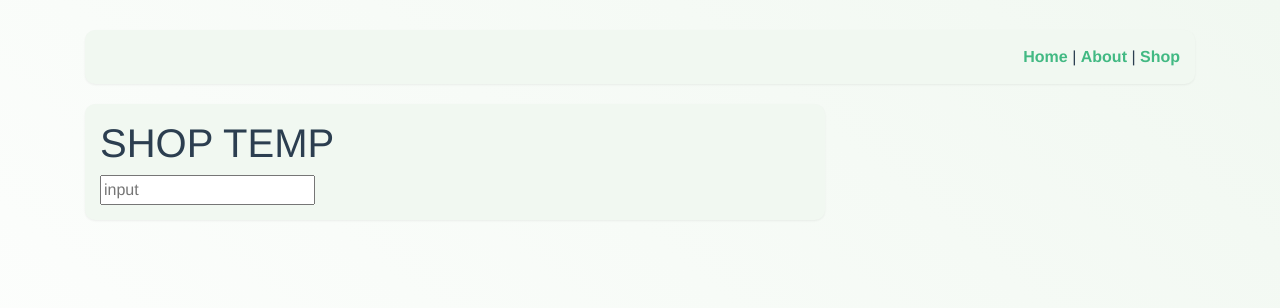
Repository: ramcd86/vuetest
Page: /#/shop
The author's editor kept a copy of each file at every save. The page is drawn from the files as they stood at one save, then again after the next save.
The browser window is 1280 px wide. The pictures show the whole page.
The project was rebuilt for these pictures with package versions that can differ from the ones it lists, and the page was loaded fresh each time. Requests to the local data server were answered from the project's data file. Also part of the build but not shown: src/components/HelloWorld.vue, src/views/Home.vue.

Above is the page before, as saved 2019-07-08 11:31:21.

After the next save:
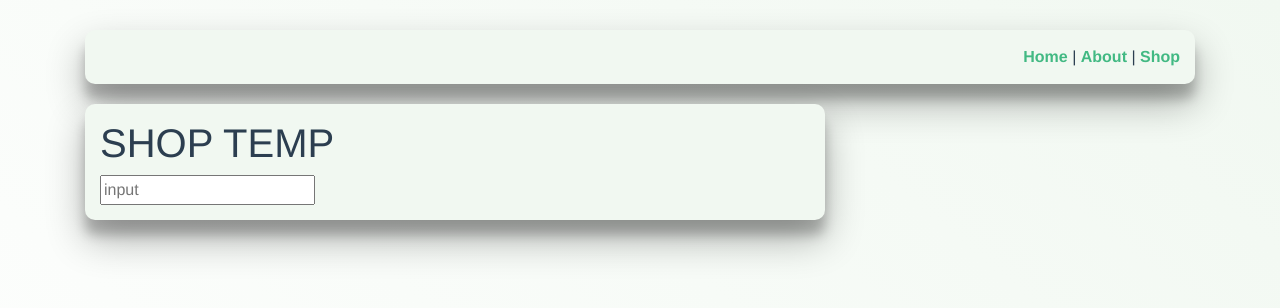
Saved 31 s later.
--- a/src/App.vue
+++ b/src/App.vue
@@ -51,8 +51,7 @@
   background-color: #f1f8f1;
   padding: 15px;
   border-radius: 10px;
-    box-shadow: 0 1px 3px rgba(0,0,0,0.03), 0 1px 2px rgba(0,0,0,0.03);
-  transition: all 0.3s cubic-bezier(.25,.8,.25,1);
+  box-shadow: 0 19px 38px rgba(0,0,0,0.30), 0 15px 12px rgba(0,0,0,0.22);
   margin-bottom: 20px
 }
 

After the save that followed:
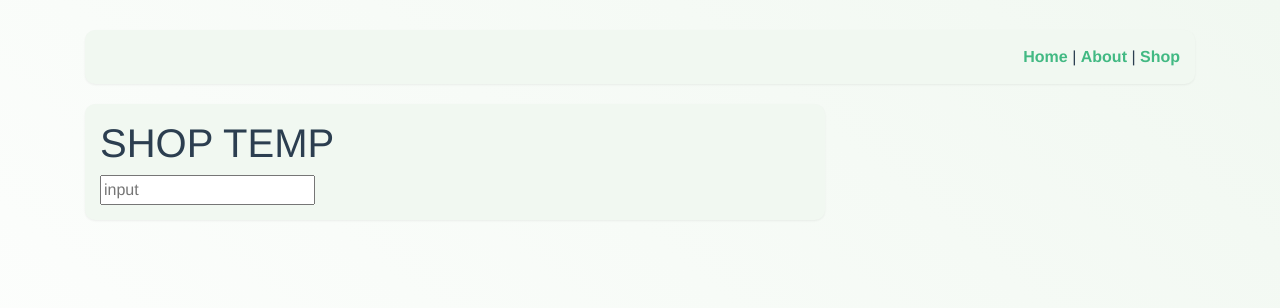
Saved 4 s later.
--- a/src/App.vue
+++ b/src/App.vue
@@ -51,7 +51,8 @@
   background-color: #f1f8f1;
   padding: 15px;
   border-radius: 10px;
-  box-shadow: 0 19px 38px rgba(0,0,0,0.30), 0 15px 12px rgba(0,0,0,0.22);
+    box-shadow: 0 1px 3px rgba(0,0,0,0.03), 0 1px 2px rgba(0,0,0,0.03);
+  transition: all 0.3s cubic-bezier(.25,.8,.25,1);
   margin-bottom: 20px
 }
 
